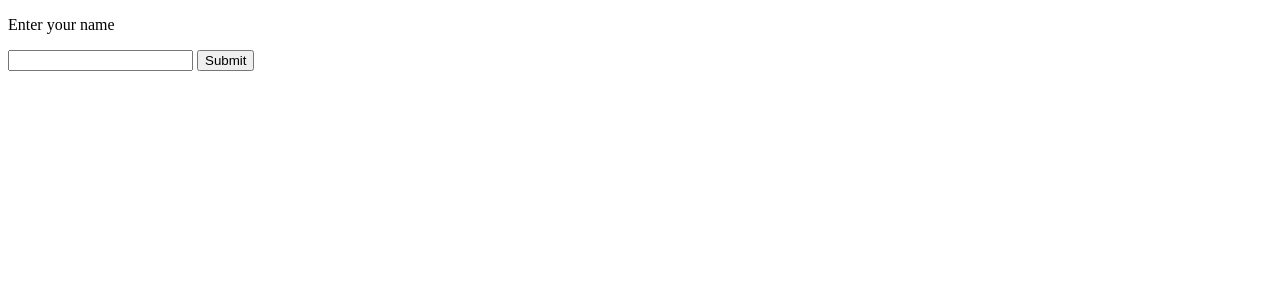
Repository: anmho/rock-paper-scissors
Page: index.html
The author's editor kept a copy of each file at every save. The page is drawn from the files as they stood at one save, then again after the next save.
The browser window is 1280 px wide. The pictures show the whole page.

Above is the page before, as saved 2021-10-26 21:29:29.

After the next save:
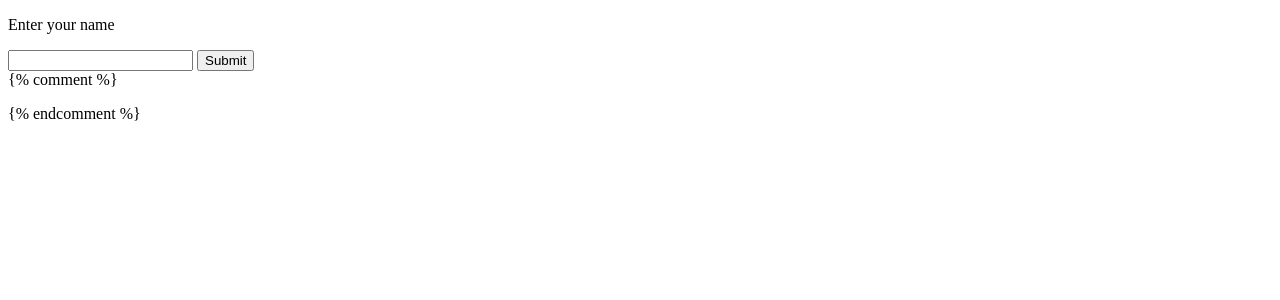
Saved 3 s later.
--- a/index.html
+++ b/index.html
@@ -14,7 +14,7 @@
       <input type="text" id="enterName" />
       <button type="button" id="submitName">Submit</button>
     </form>
-    <p id="greeting"></p>
+    {% comment %} <p id="greeting"></p> {% endcomment %}
   </body>
 </html>
 

After the save that followed:
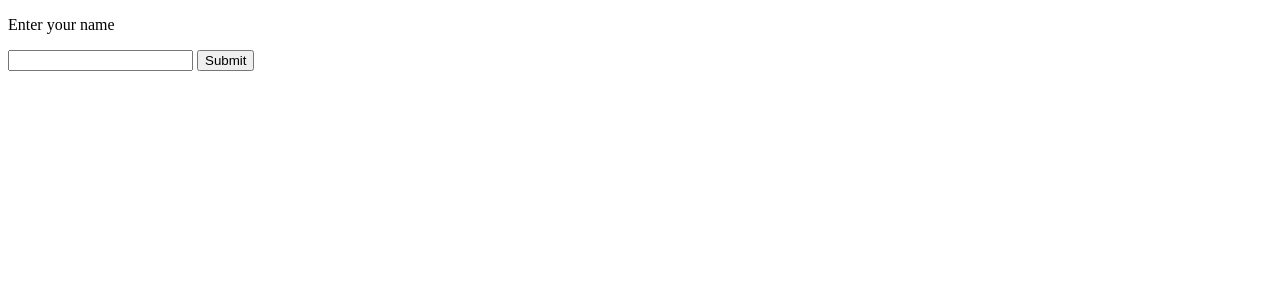
Saved 4 s later.
--- a/index.html
+++ b/index.html
@@ -14,7 +14,7 @@
       <input type="text" id="enterName" />
       <button type="button" id="submitName">Submit</button>
     </form>
-    {% comment %} <p id="greeting"></p> {% endcomment %}
+    <p id="greeting"></p>
   </body>
 </html>
 
